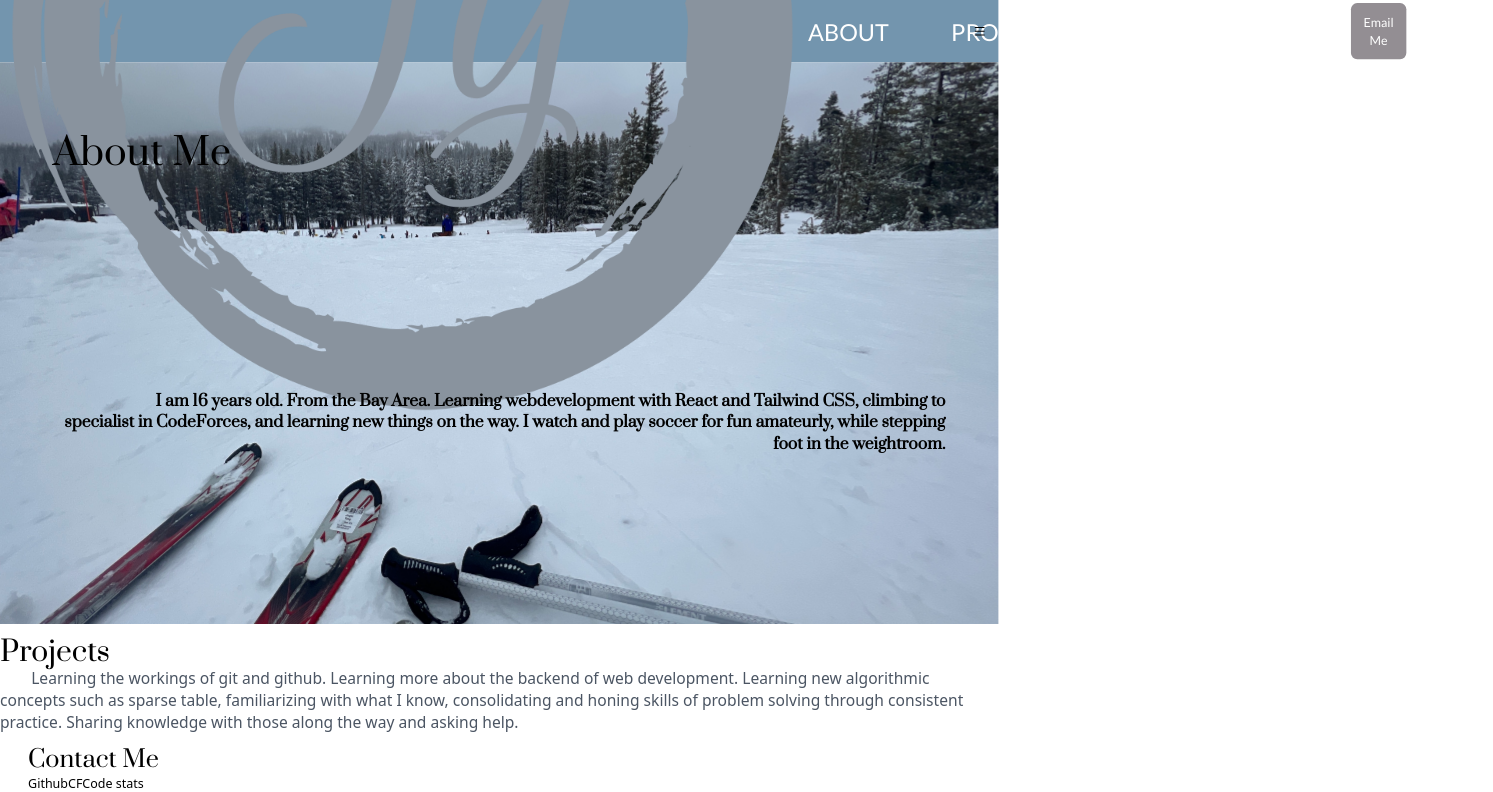
Repository: joshuayanggithub/joshua-yang-website
Page: /
An editor plug-in stored every save of this project. The page is shown before and after the next save, followed by the edit.
The browser window is 1280 px wide. The page is 1803 px wide, then 1914 px, then 1803 px, so the pictures cover 1914 px, including what lies to the right of the window. The pictures show the whole page, at 78% of full size.
Some web fonts or font styles are not loaded; a fallback is used. The project was rebuilt for these pictures with package versions that can differ from the ones it lists, and the page was loaded fresh each time.

Above is the page before, as saved 2023-01-09 12:03:04.

After the next save:
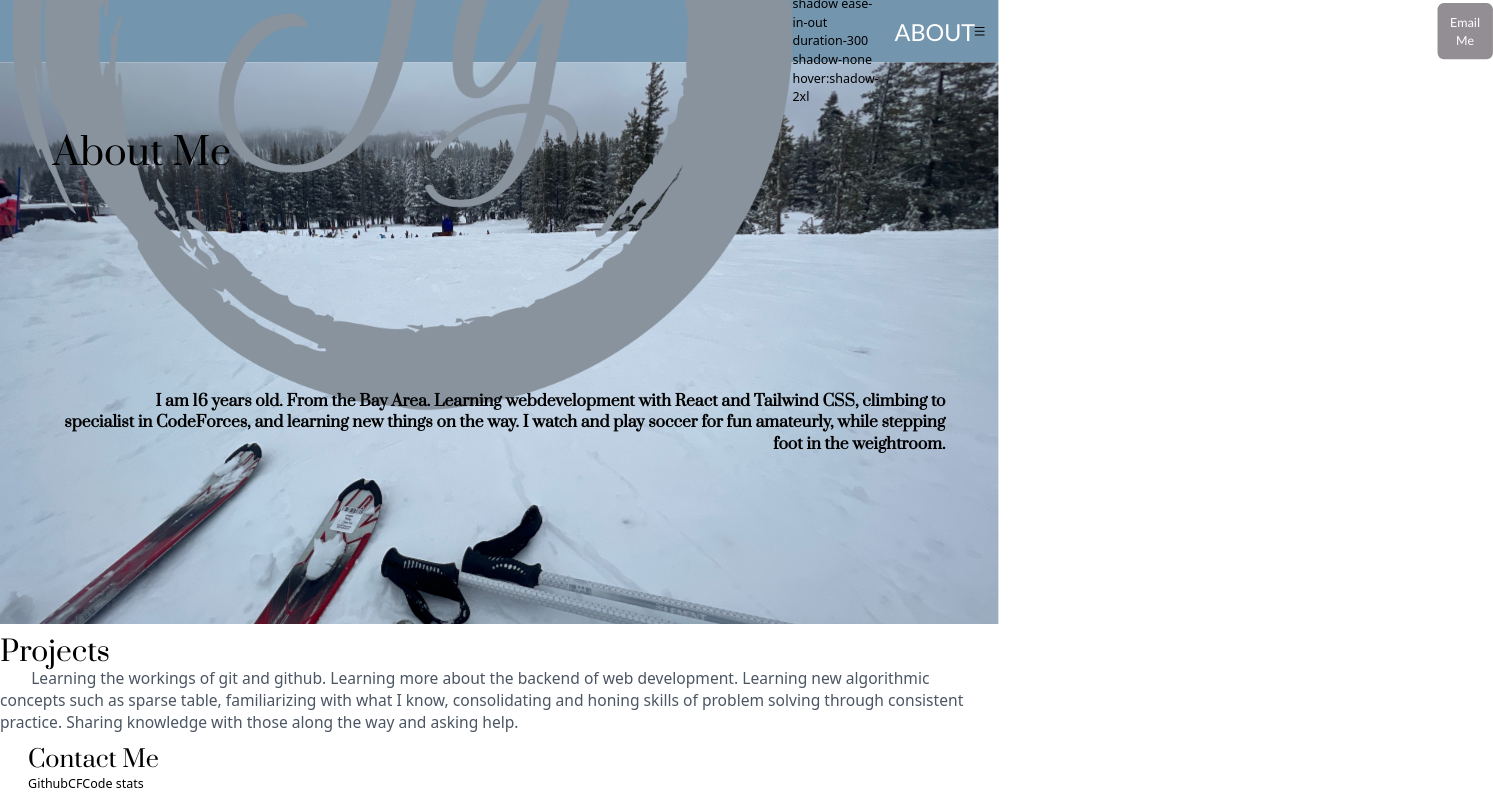
Saved 10 s later.
--- a/src/components/NavBar.jsx
+++ b/src/components/NavBar.jsx
@@ -28,7 +28,7 @@
     <div class="md:flex flex-row bg-sasskyblue w-full justify-between items-center h-20 mr-auto px-4">
 
       <div class={"hiden md:flex items-center"}>
-        <img src="/imgs/logo-no-background.png" class="object-contain h-100 w-100  "></img>
+        <img src="/imgs/logo-no-background.png" class="object-contain h-100 w-100  "></img> //rounded-full transition-shadow ease-in-out duration-300 shadow-none hover:shadow-2xl
         <ul class="hidden md:flex gap-10 ">
           {
             links.map((link) =>

After the 2 saves that followed:
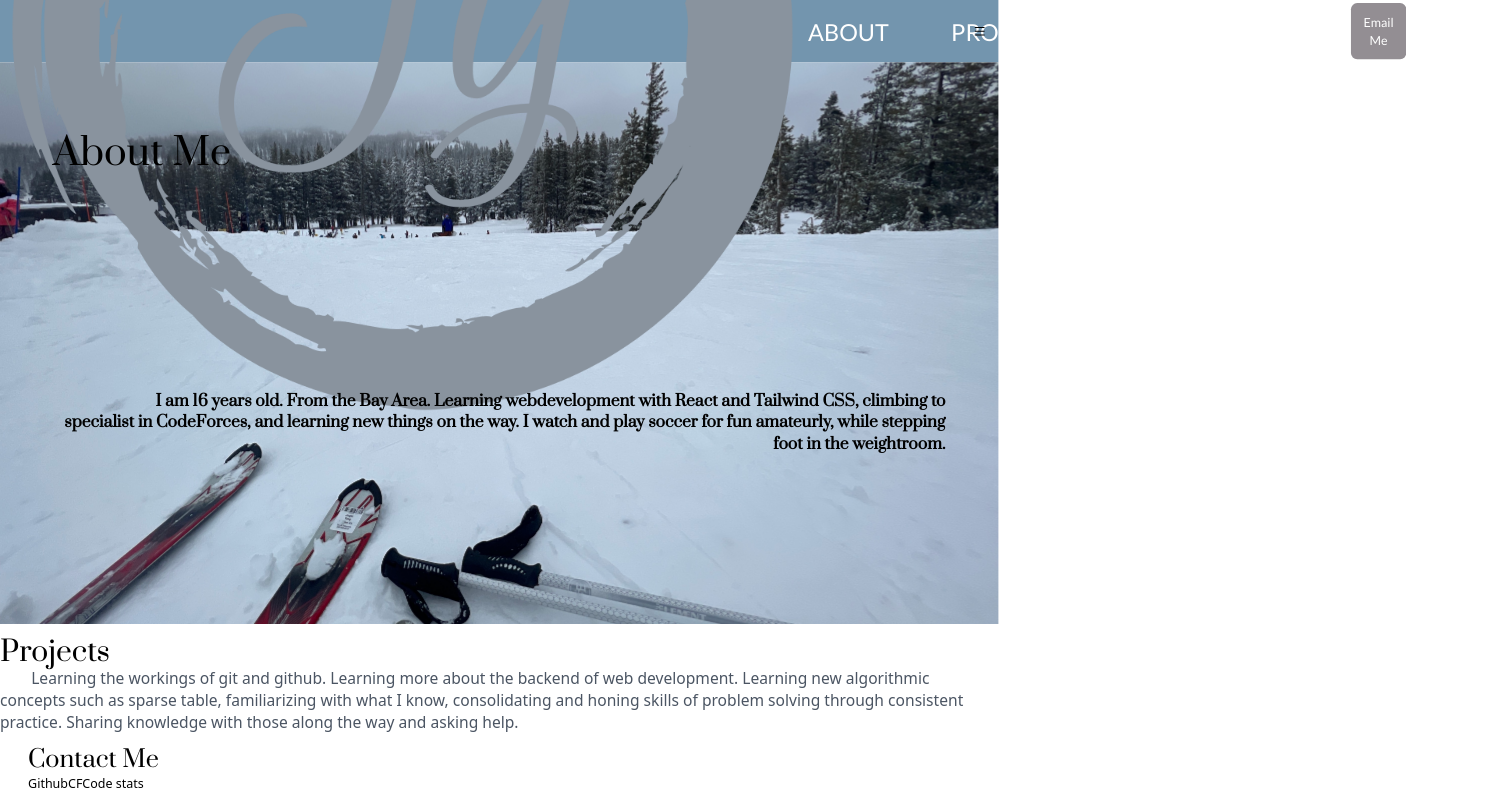
The 2 saves are shown as one change because they came seconds apart.
The last was saved 5 s later.
--- a/src/components/NavBar.jsx
+++ b/src/components/NavBar.jsx
@@ -28,7 +28,7 @@
     <div class="md:flex flex-row bg-sasskyblue w-full justify-between items-center h-20 mr-auto px-4">
 
       <div class={"hiden md:flex items-center"}>
-        <img src="/imgs/logo-no-background.png" class="object-contain h-100 w-100  "></img> //rounded-full transition-shadow ease-in-out duration-300 shadow-none hover:shadow-2xl
+        <img src="/imgs/logo-no-background.png" class="object-contain h-100 w-100  "></img>
         <ul class="hidden md:flex gap-10 ">
           {
             links.map((link) =>
